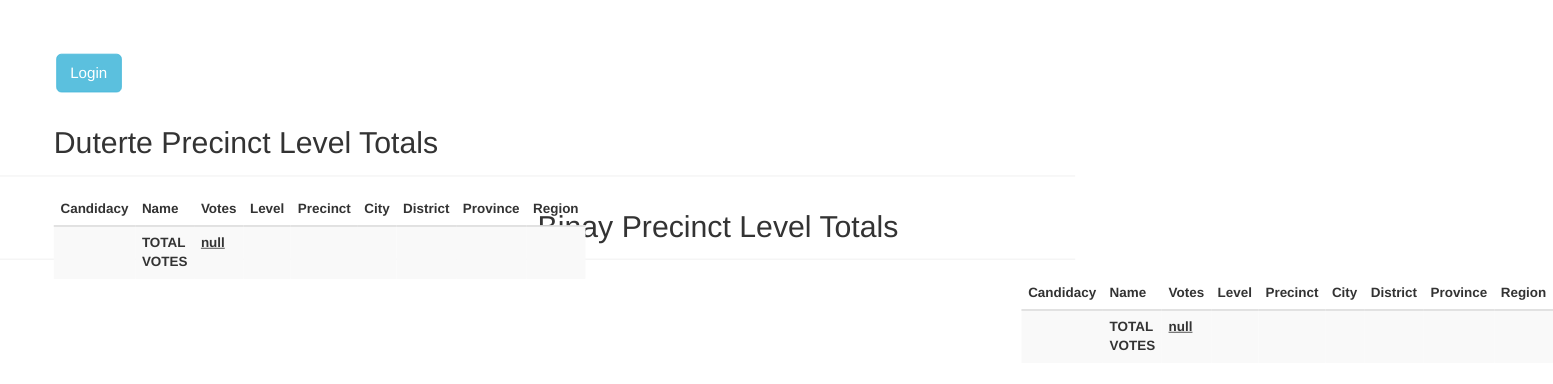
Repository: acbalutan/softdev-cencas-team_apink
Page: http://localhost/AES/index.jsp
An editor plug-in stored every save of this project. The page is shown before and after a run of saves, followed by the edit.
The browser window is 1280 px wide. The page is 1849 px wide, then 1337 px, so the pictures cover 1849 px, including what lies to the right of the window. The pictures show the whole page, at 84% of full size.
The page is served by Tomcat 9. Queries for data that is not in the repository find no rows.

Above is the page before, as saved 2016-02-26 11:01:21.
Console error (its wording comes from the project's code and is left out).

After the next 2 saves:
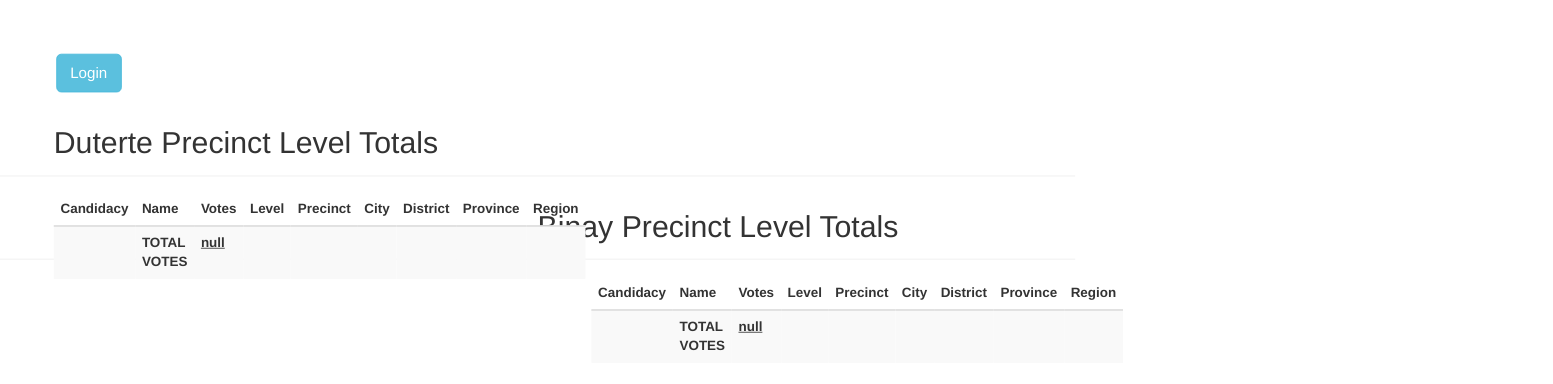
The 2 saves are shown as one change because they came seconds apart.
The last was saved 17 s later.
--- a/workspace/AES/WebContent/index.jsp
+++ b/workspace/AES/WebContent/index.jsp
@@ -83,7 +83,7 @@
 	<h1>Binay Precinct Level Totals</h1>
 </div>
 
-<div class="col-md-6" style="padding-left: 45%;">
+<div class="col-md-6" style="padding-left: 5%;">
 	<table class="table table-striped">
     	<thead>
               <tr>
